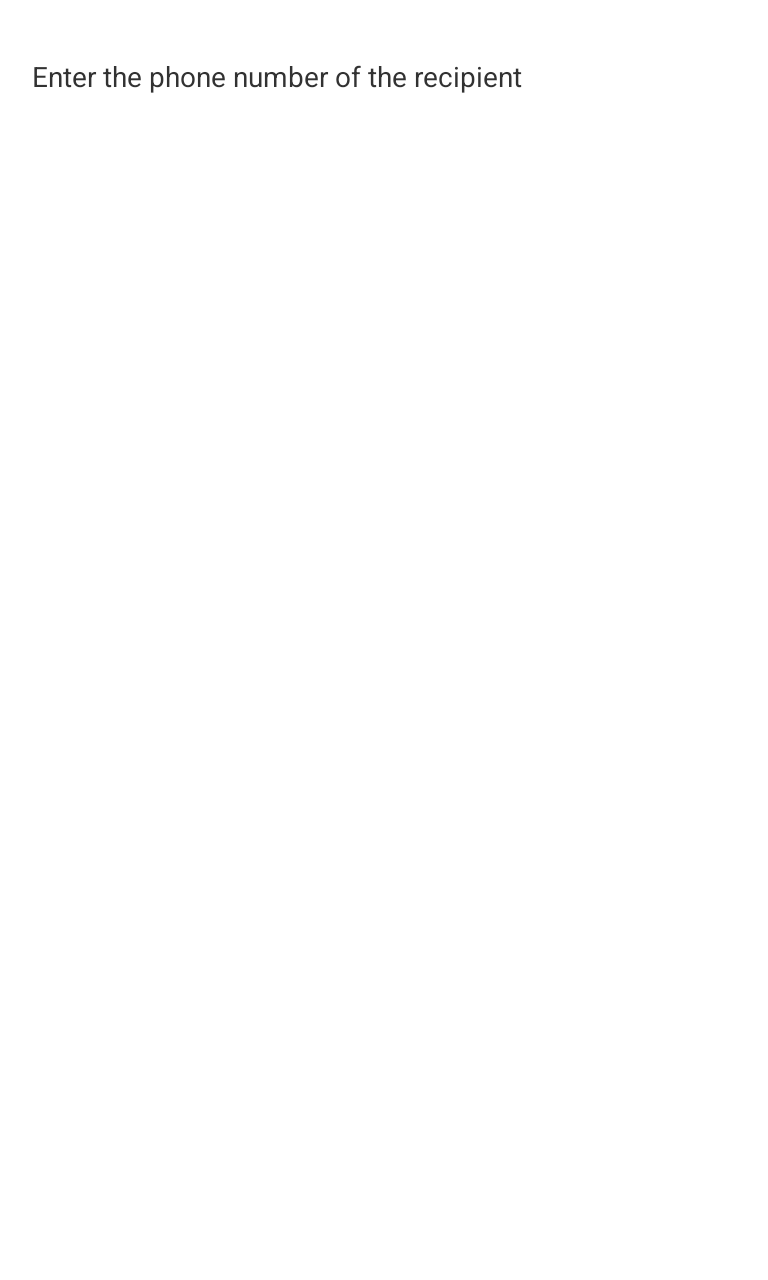
Repository: vedharish/PersonalProjects
Layout: RssToSms/res/layout/activity_send_sms.xml
The author's editor kept a copy of each file at every save. The layout is drawn from the files as they stood at one save, then again after the next save.
It is drawn on a 768 x 1280 px phone screen (xhdpi) without system bars, with theme AppTheme; the app's code is not run.

Above is the layout before, as saved 2013-08-12 06:05:03.

After the next save:
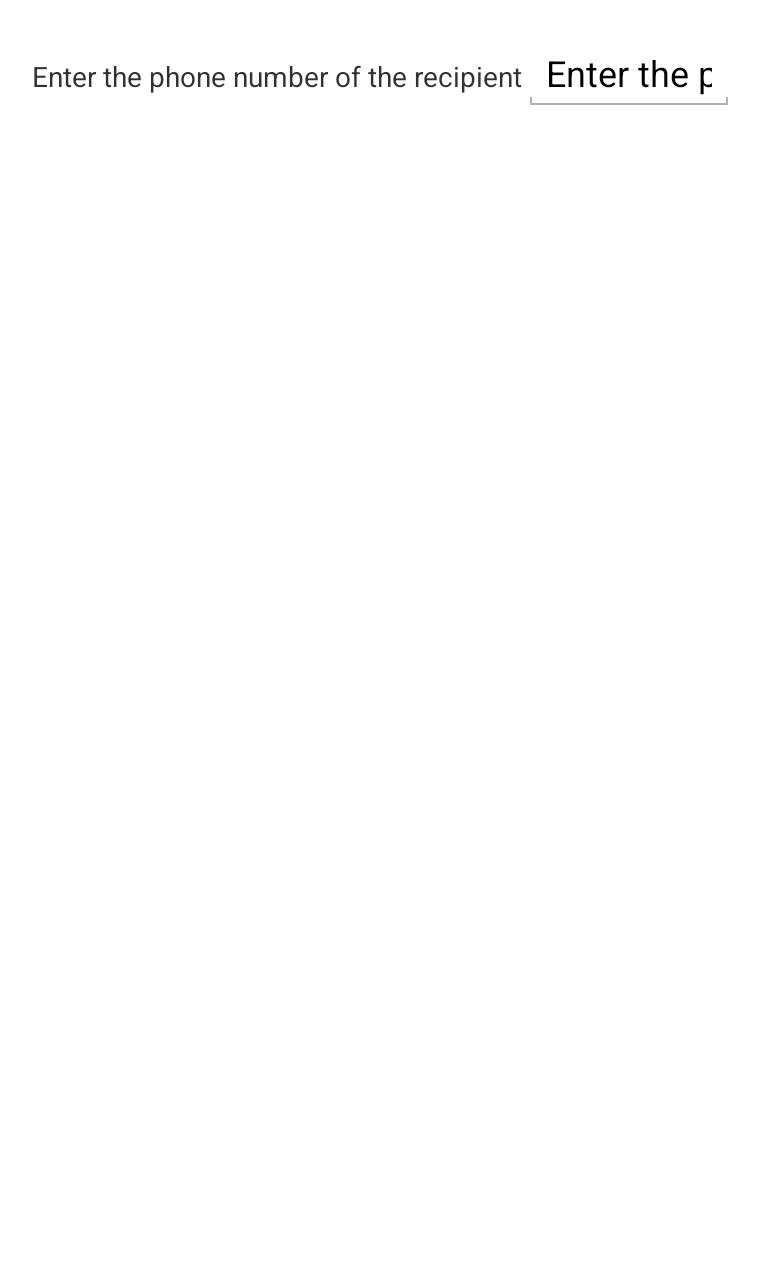
Saved 56 s later.
--- a/RssToSms/res/layout/activity_send_sms.xml
+++ b/RssToSms/res/layout/activity_send_sms.xml
@@ -9,7 +9,7 @@
     tools:context=".SendSMSActivity" >
 
     <TextView
-        android:layout_width="fill_parent"
+        android:layout_width="wrap_content"
         android:layout_height="wrap_content"
         android:labelFor="@+id/txtPhoneNumber"
         android:text="@string/phone_number_label" />

After the save that followed:
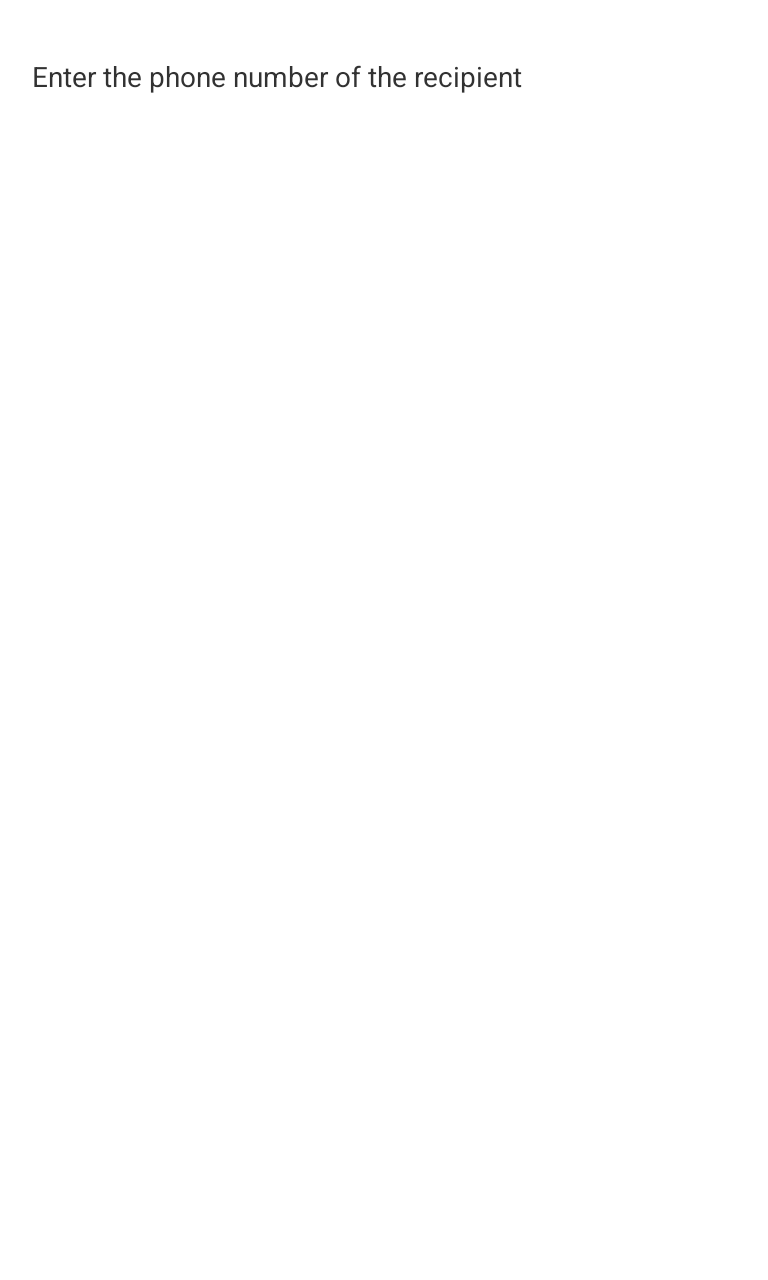
Saved 8 s later.
--- a/RssToSms/res/layout/activity_send_sms.xml
+++ b/RssToSms/res/layout/activity_send_sms.xml
@@ -9,7 +9,7 @@
     tools:context=".SendSMSActivity" >
 
     <TextView
-        android:layout_width="wrap_content"
+        android:layout_width="fill_parent"
         android:layout_height="wrap_content"
         android:labelFor="@+id/txtPhoneNumber"
         android:text="@string/phone_number_label" />
